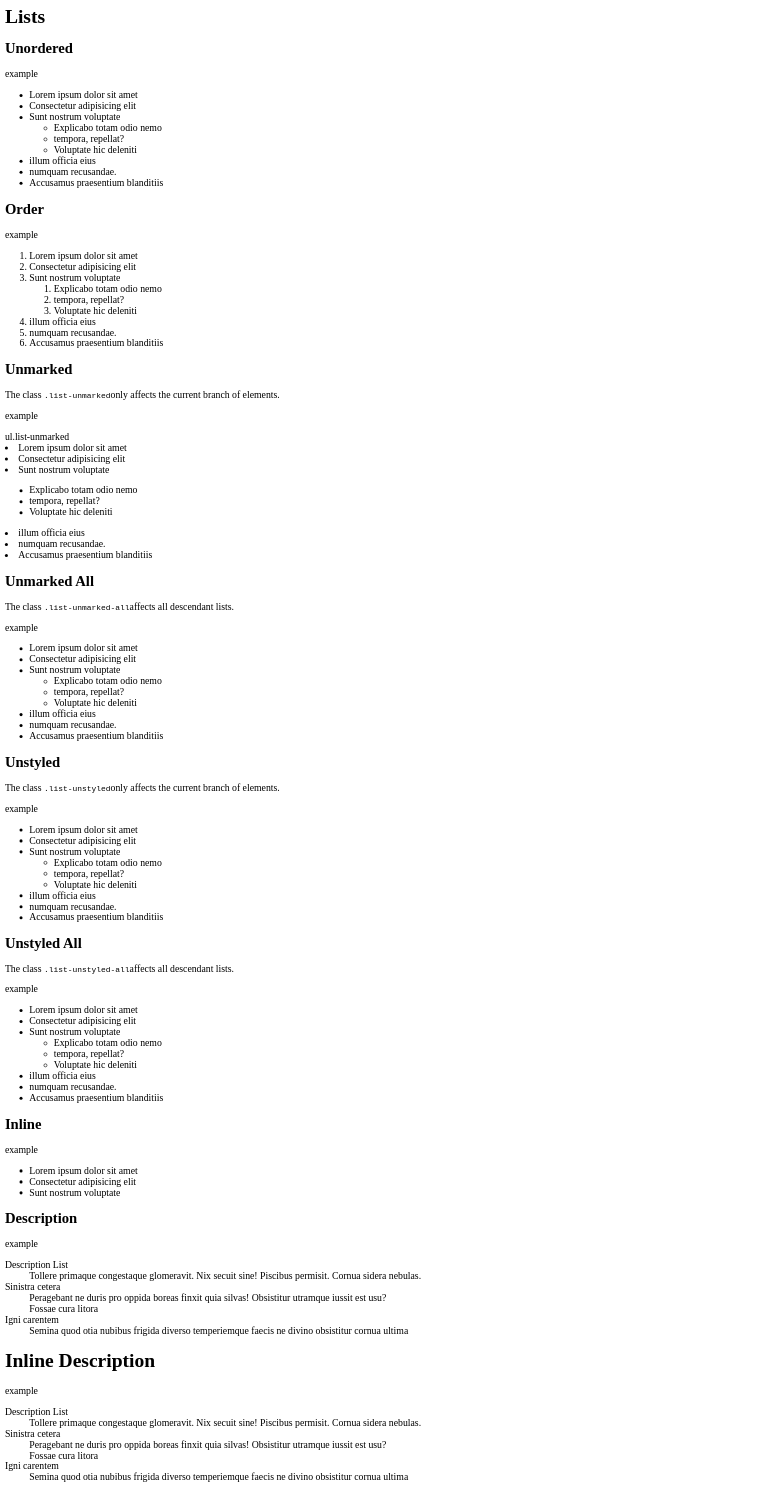
Repository: sympolinc/silk
Page: http://localhost/views/lists.php
The author's editor kept a record of every edit. The page is drawn from the files as they stood at one moment, then again after the next edit.
The browser window is 1280 px wide. The pictures show the whole page, at 61% of full size.
The page is run by PHP 8.4 with error messages shown; the project is at /var/www/html/.

Above is the page before.

### views/lists.php
<div class="section">
    <h1>Lists</h1>
    <div class="section">
        <h2>Unordered</h2>
        <div class="silk-example">
            <span class="lang">example</span>
            <div data-example>
                <ul>
                    <li>Lorem ipsum dolor sit amet</li>
                    <li>Consectetur adipisicing elit</li>
                    <li>Sunt nostrum voluptate
                        <ul>
                            <li>Explicabo totam odio nemo</li>
                            <li>tempora, repellat?</li>
                            <li>Voluptate hic deleniti</li>
                        </ul>
                    </li>
                    <li>illum officia eius</li>
                    <li>numquam recusandae.</li>
                    <li>Accusamus praesentium blanditiis</li>
                </ul>
            </div>
        </div>
    </div>
    <div class="section">
        <h2>Order</h2>
        <div class="silk-example">
            <span class="lang">example</span>
            <div data-example>
                <ol>
                    <li>Lorem ipsum dolor sit amet</li>
                    <li>Consectetur adipisicing elit</li>
                    <li>Sunt nostrum voluptate
                        <ol>
                            <li>Explicabo totam odio nemo</li>
                            <li>tempora, repellat?</li>
                            <li>Voluptate hic deleniti</li>
                        </ol>
                    </li>
                    <li>illum officia eius</li>
                    <li>numquam recusandae.</li>
                    <li>Accusamus praesentium blanditiis</li>
                </ol>
            </div>
        </div>
    </div>
    <div class="section">
        <h2>Unmarked</h2>
        <p>The class
            <code>.list-unmarked</code>only affects the current branch of elements.</p>
        <div
        class="silk-example">
            <span class="lang">example</span>
            <p data-example></p>
            <div>ul.list-unmarked
                <li>Lorem ipsum dolor sit amet</li>
                <li>Consectetur adipisicing elit</li>
                <li>Sunt nostrum voluptate
                    <ul>
                        <li>Explicabo totam odio nemo</li>
                        <li>tempora, repellat?</li>
                        <li>Voluptate hic deleniti</li>
                    </ul>
                </li>
                <li>illum officia eius</li>
                <li>numquam recusandae.</li>
                <li>Accusamus praesentium blanditiis</li>
            </div>
    </div>
</div>
<div class="section">
    <h2>Unmarked All</h2>
    <p>The class
        <code>.list-unmarked-all</code>affects all descendant lists.</p>
    <div class="silk-example">
        <span class="lang">example</span>
        <div data-example>
            <ul class="list-unmarked-all">
                <li>Lorem ipsum dolor sit amet</li>
                <li>Consectetur adipisicing elit</li>
                <li>Sunt nostrum voluptate
                    <ul>
                        <li>Explicabo totam odio nemo</li>
                        <li>tempora, repellat?</li>
                        <li>Voluptate hic deleniti</li>
                    </ul>
                </li>
                <li>illum officia eius</li>
                <li>numquam recusandae.</li>
                <li>Accusamus praesentium blanditiis</li>
            </ul>
        </div>
    </div>
</div>
<div class="section">
    <h2>Unstyled</h2>
    <p>The class
        <code>.list-unstyled</code>only affects the current branch of elements.</p>
    <div class="silk-example">
        <span class="lang">example</span>
        <div data-example>
            <ul class="list-unstyled">
                <li>Lorem ipsum dolor sit amet</li>
                <li>Consectetur adipisicing elit</li>
                <li>Sunt nostrum voluptate
                    <ul>
                        <li>Explicabo totam odio nemo</li>
                        <li>tempora, repellat?</li>
                        <li>Voluptate hic deleniti</li>
                    </ul>
                </li>
                <li>illum officia eius</li>
                <li>numquam recusandae.</li>
                <li>Accusamus praesentium blanditiis</li>
            </ul>
        </div>
    </div>
</div>
<div class="section">
    <h2>Unstyled All</h2>
    <p>The class
        <code>.list-unstyled-all</code>affects all descendant lists.</p>
    <div class="silk-example">
        <span class="lang">example</span>
        <div data-example>
            <ul class="list-unstyled-all">
                <li>Lorem ipsum dolor sit amet</li>
                <li>Consectetur adipisicing elit</li>
                <li>Sunt nostrum voluptate
                    <ul>
                        <li>Explicabo totam odio nemo</li>
                        <li>tempora, repellat?</li>
                        <li>Voluptate hic deleniti</li>
                    </ul>
                </li>
                <li>illum officia eius</li>
                <li>numquam recusandae.</li>
                <li>Accusamus praesentium blanditiis</li>
            </ul>
        </div>
    </div>
</div>
<div class="section">
    <h2>Inline</h2>
    <div class="silk-example">
        <span class="lang">example</span>
        <div data-example>
            <ul class="list-inline">
                <li>Lorem ipsum dolor sit amet</li>
                <li>Consectetur adipisicing elit</li>
                <li>Sunt nostrum voluptate</li>
            </ul>
        </div>
    </div>
</div>
<div class="section">
    <h2>Description</h2>
    <div class="silk-example">
        <span class="lang">example</span>
        <div data-example>
            <dl>
                <dt>Description List</dt>
                <dd>Tollere primaque congestaque glomeravit. Nix secuit sine! Piscibus permisit.
                    Cornua sidera nebulas.</dd>
                <dt>Sinistra cetera</dt>
                <dd>Peragebant ne duris pro oppida boreas finxit quia silvas! Obsistitur utramque
                    iussit est usu?</dd>
                <dd>Fossae cura litora</dd>
                <dt>Igni carentem</dt>
                <dd>Semina quod otia nubibus frigida diverso temperiemque faecis ne divino
                    obsistitur cornua ultima</dd>
            </dl>
        </div>
    </div>
</div>
<div class="section">
    <h1>Inline Description</h1>
    <div class="silk-example">
        <span class="lang">example</span>
        <div data-example>
            <dl class="dl-inline">
                <dt>Description List</dt>
                <dd>Tollere primaque congestaque glomeravit. Nix secuit sine! Piscibus permisit.
                    Cornua sidera nebulas.</dd>
                <dt>Sinistra cetera</dt>
                <dd>Peragebant ne duris pro oppida boreas finxit quia silvas! Obsistitur utramque
                    iussit est usu?</dd>
                <dd>Fossae cura litora</dd>
                <dt>Igni carentem</dt>
                <dd>Semina quod otia nubibus frigida diverso temperiemque faecis ne divino
                    obsistitur cornua ultima</dd>
            </dl>
        </div>
    </div>
</div>
</div>

After the next edit:
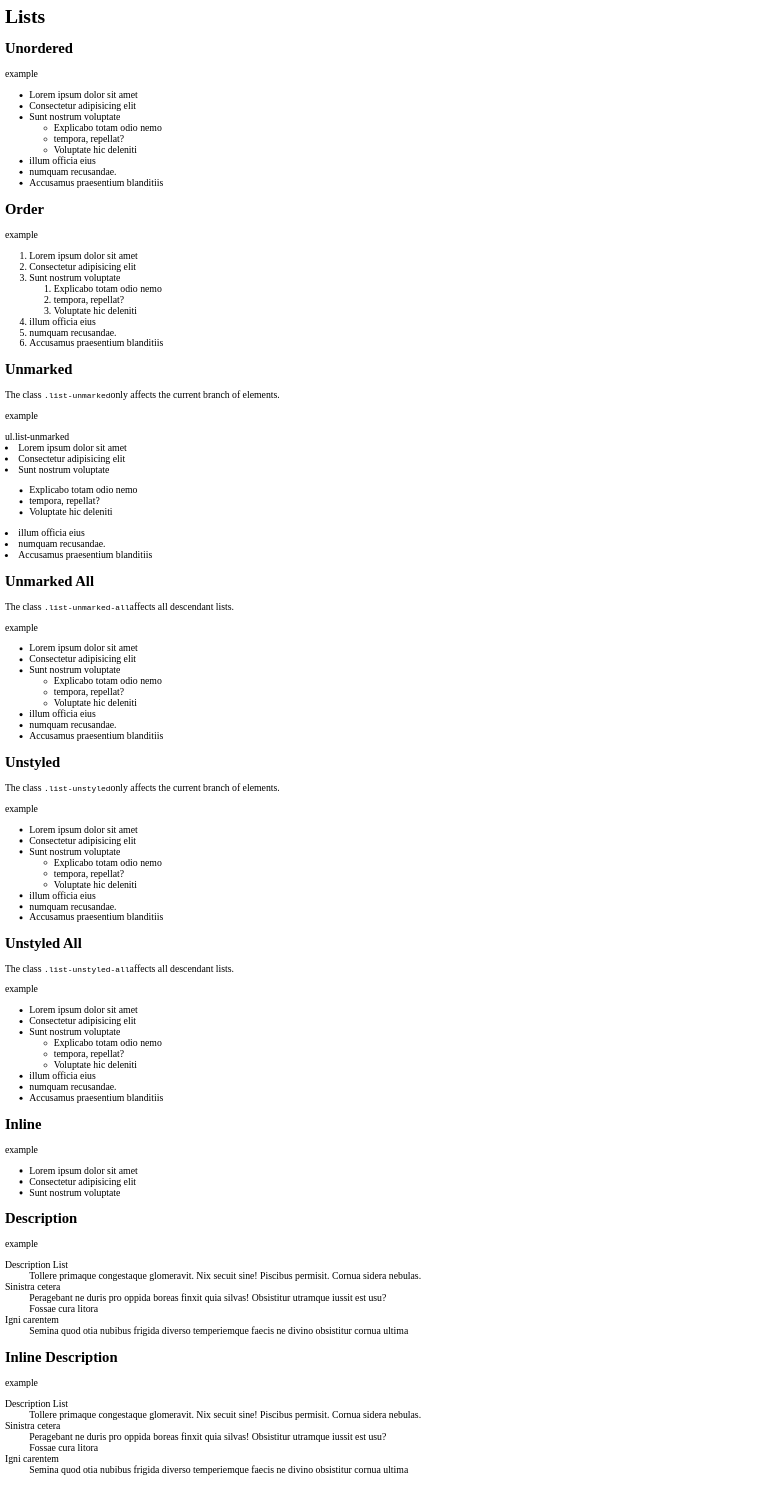
The edit:
--- a/views/lists.php
+++ b/views/lists.php
@@ -174,7 +174,7 @@
     </div>
 </div>
 <div class="section">
-    <h1>Inline Description</h1>
+    <h2>Inline Description</h2>
     <div class="silk-example">
         <span class="lang">example</span>
         <div data-example>
